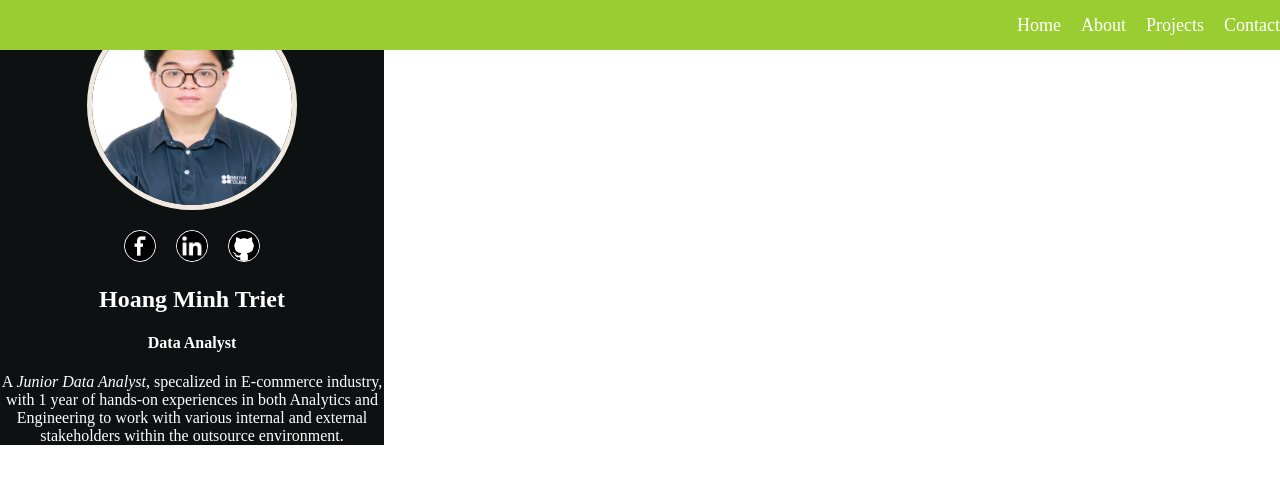
Repository: MinnTrit/personal_website
Page: http://localhost/
These files come from the project's save history. The page is drawn as it stood at one moment and after the next save; the edit follows.
The browser window is 1280 px wide. The pictures show the whole page.
The page is served by the project's application, run on Flask 3 (app.py).

Above is the page before, as saved 2025-01-29 12:14:24.

After the next save:
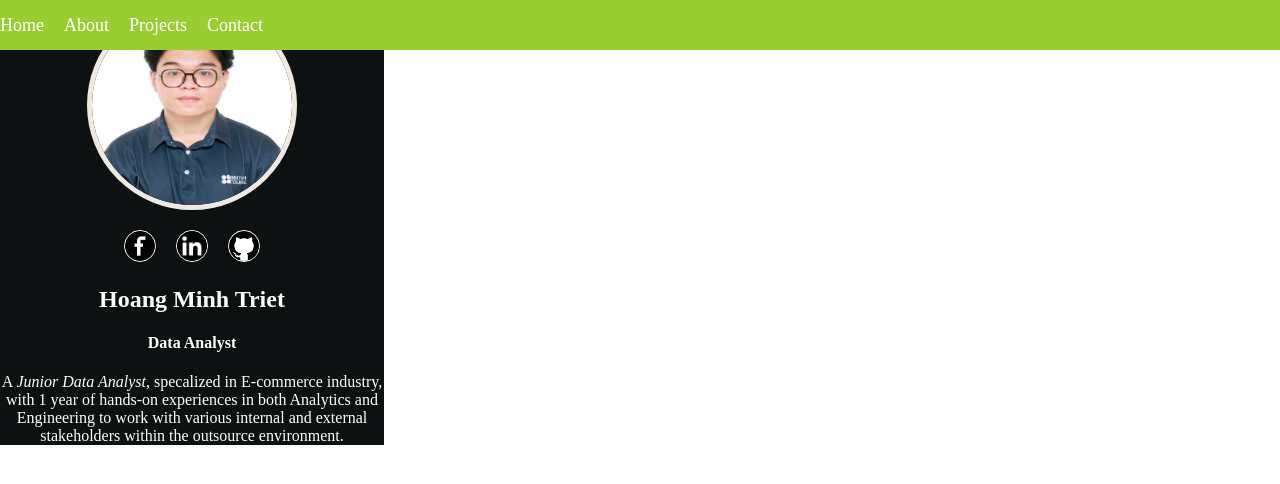
Saved 25 s later.
--- a/static/css/styles.css
+++ b/static/css/styles.css
@@ -6,14 +6,14 @@ header {
     min-height: 50px;
     background: yellowgreen;
     display: flex;
-    flex-direction: row;
-    justify-content: flex-end;
-    align-items: center;
 }
 
 header .navbar {
     display: flex;
     gap: 20px;
+    flex-direction: row;
+    justify-content: flex-end;
+    align-items: center;
 }
 
 .navbar a {
